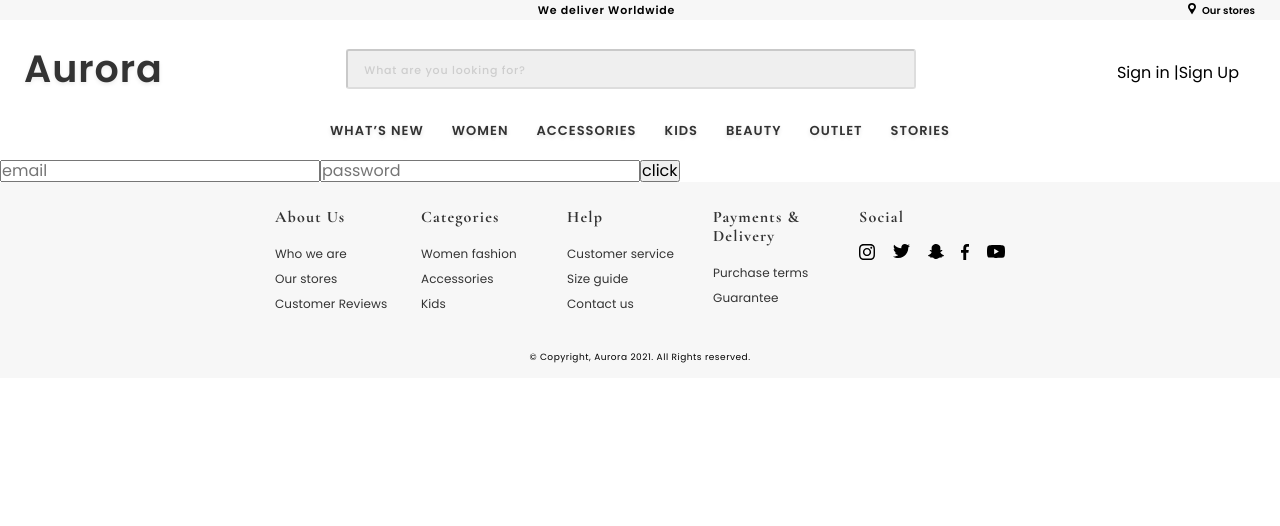
Repository: YuraKrvz/aurora-react-redux-toolkit-firebase
Page: /signUp
The author's editor kept a copy of each file at every save. The page is drawn from the files as they stood at one save, then again after the next save.
The browser window is 1280 px wide. The pictures show the whole page.
The project was rebuilt for these pictures with package versions that can differ from the ones it lists, and the page was loaded fresh each time. Also part of the build but not shown: src/components/MainSection/MainSection.jsx, src/pages/HomeGuest.jsx, src/pages/HomeUser.jsx, src/pages/SignIn.jsx.

Above is the page before, as saved 2021-11-29 13:12:02.

After the next save:
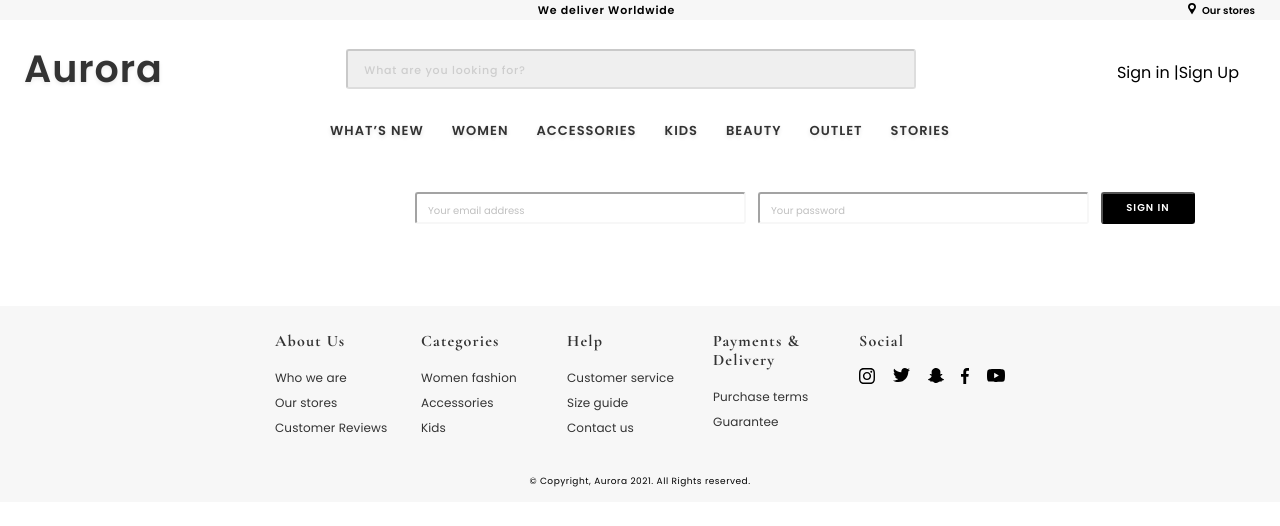
Saved 2 min 35 s later.
--- a/src/pages/SignUp.jsx
+++ b/src/pages/SignUp.jsx
@@ -1,4 +1,5 @@
 import React, {useRef} from 'react';
+import s from '../components/MainSection/MainSection.module.css';
 import {signUp} from '../firebase';
 
 const SignUp = () => {
@@ -14,11 +15,15 @@ const SignUp = () => {
    }
 
    return (
-      <div>
-         <input  ref={emailRef} placeholder='email' />
-         <input  ref={passwordRef} placeholder='password' />
-         <button onClick={handler}>click</button>
-      </div>
+      <>
+         <div className={s.section_register_field}>
+            <label className={s.input_wrap}>
+               <input className={s.section_register_input} ref={emailRef} type="email" placeholder='Your email address' />
+               <input className={s.section_register_input} ref={passwordRef} type="password" placeholder='Your password' />
+               <button className={s.section_register_btn} onClick={handler} >Sign In</button>
+            </label>
+         </div>
+      </>
    )
 }
 
